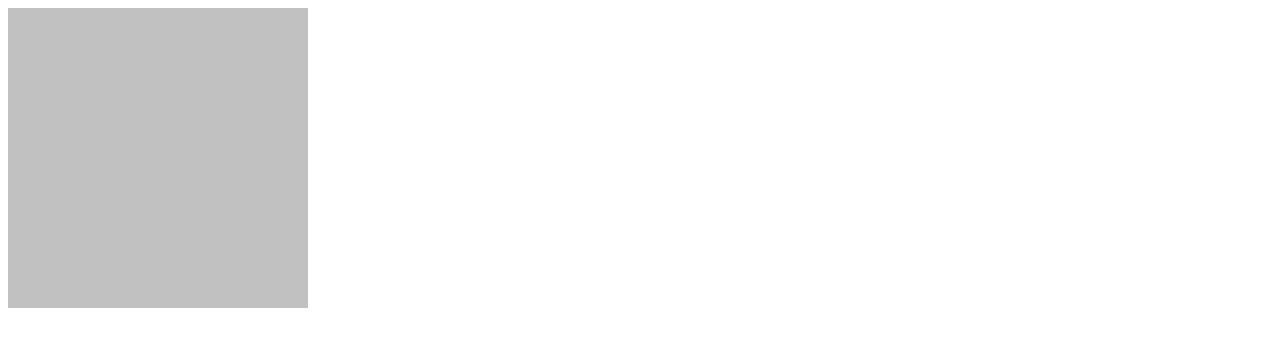
Repository: popll1/Pleiades
Page: http://localhost/jun29web/login.jsp
The author's editor kept a copy of each file at every save. The page is drawn from the files as they stood at one save, then again after the next save.
The browser window is 1280 px wide. The pictures show the whole page.
The page is served by Tomcat 9. Other server files are loaded and not shown.

Above is the page before, as saved 2023-06-29 06:06:31.

### jun29web/src/main/webapp/login.jsp
<%@ page language="java" contentType="text/html; charset=EUC-KR"
    pageEncoding="UTF-8"%>
<!DOCTYPE html>
<html>
<head>
<meta charset="UTF-8">
<title>로그인</title>
<style type="text/css">
#loginBox {
 /* id = # ,c class=. */
 	background-color : #c1c1c1;
 	width : 300px;
 	height : 300px;

}


</style>
</head>
<body>
	<div id="loginBox">


	</div>
</body>
</html>

After the next save:
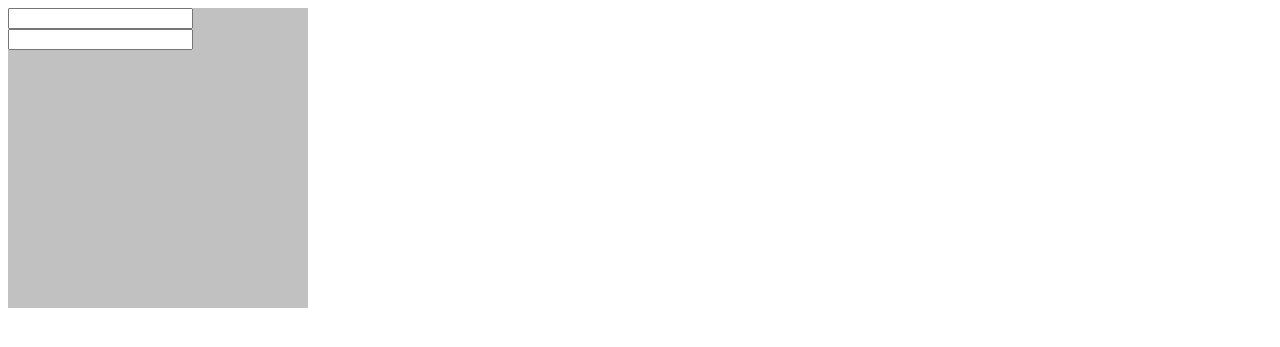
Saved 3 min 56 s later.
--- a/jun29web/src/main/webapp/login.jsp
+++ b/jun29web/src/main/webapp/login.jsp
@@ -19,7 +19,9 @@
 </head>
 <body>
 	<div id="loginBox">
-
+		<input type = "text">
+		<br>
+		<input type = "password">
 
 	</div>
 </body>
